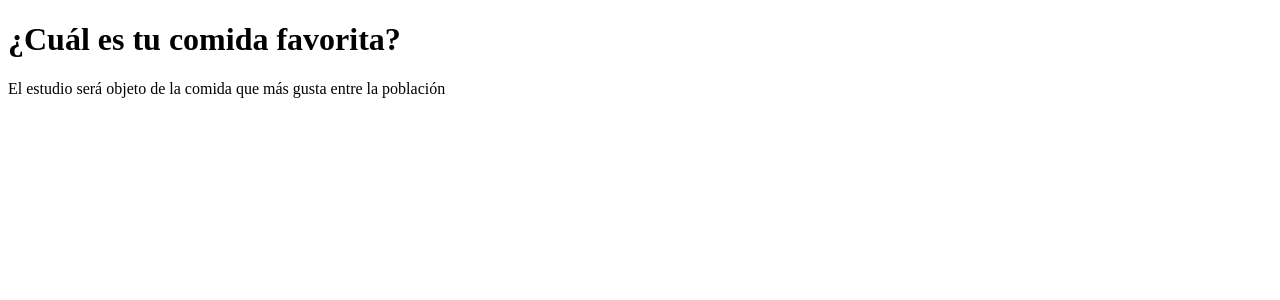
Repository: Fidesone/Form
Page: form/Index.html
The author's editor kept a copy of each file at every save. The page is drawn from the files as they stood at one save, then again after the next save.
The browser window is 1280 px wide. The pictures show the whole page.

Above is the page before, as saved 2020-09-22 18:29:12.

After the next save:
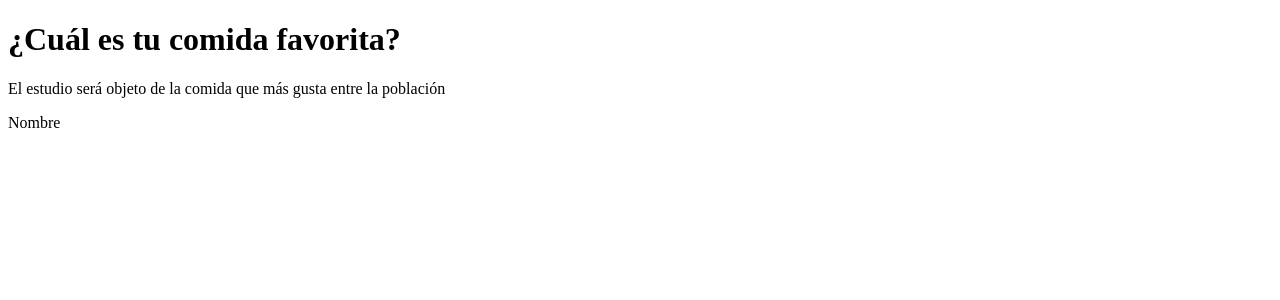
Saved 3 min 25 s later.
--- a/form/Index.html
+++ b/form/Index.html
@@ -7,6 +7,9 @@
 <body>
 <h1 id="title">¿Cuál es tu comida favorita?</h1>
 <p id="desciption">El estudio será objeto de la comida que más gusta entre la población</p>
-<form id="survey-form"></form>
+<form id="survey-form">
+	<p id="name">Nombre</p>
+
+</form>
 </body>
 </html>
